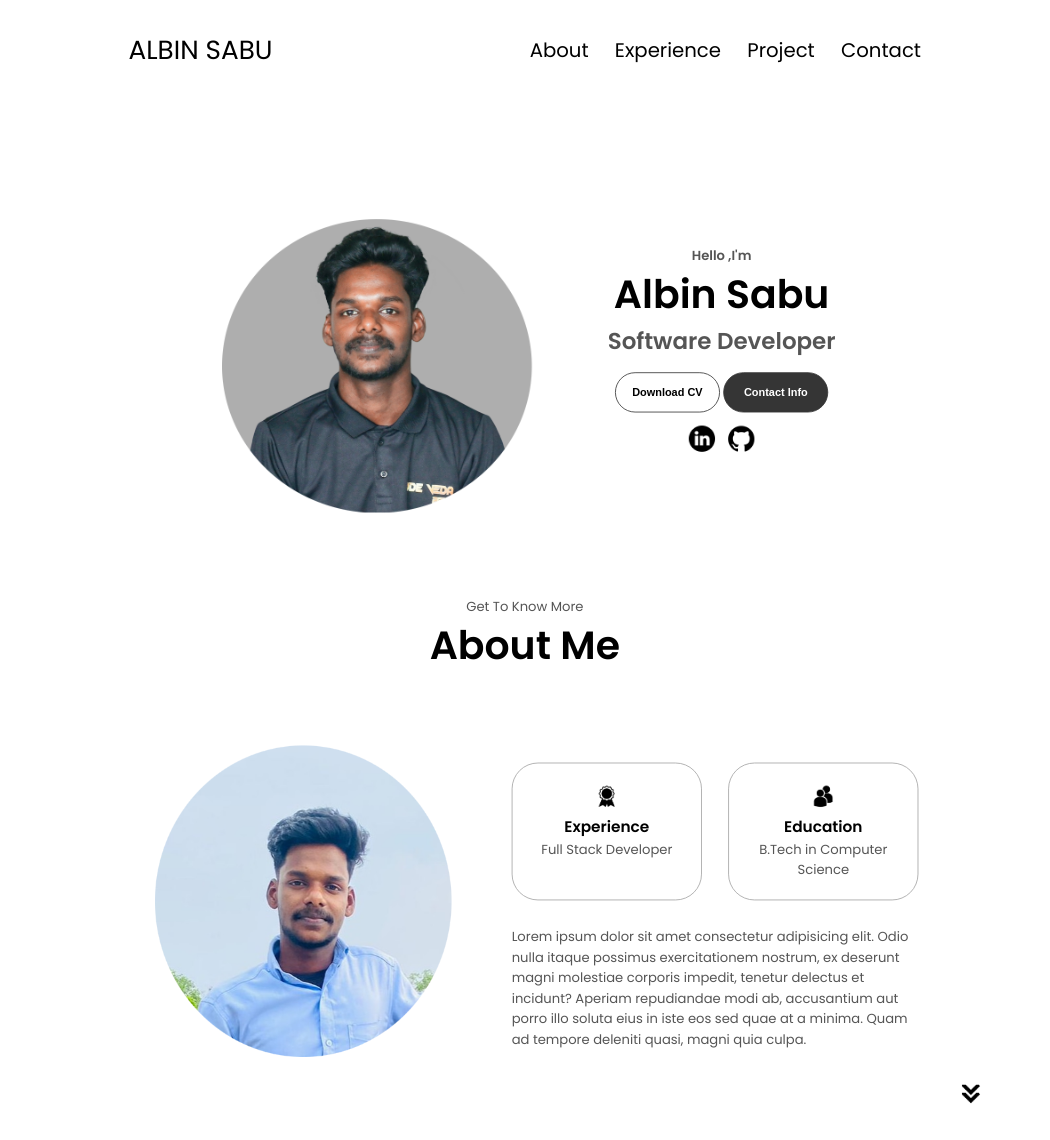
Repository: albinsabu2023/albinsabu
Page: index.html
An editor plug-in stored every save of this project. The page is shown before and after the next save, followed by the edit.
The browser window is 1280 px wide. The pictures show the whole page, at 82% of full size.

Above is the page before, as saved 2023-08-30 12:23:20.

### index.html
<!DOCTYPE html>
<html lang="en">
<link>
    <meta charset="UTF-8">
    <meta name="viewport" content="width=device-width, initial-scale=1.0">
    <title>Albin Sabu</title>
    <link rel="stylesheet" href="style.css"/>
    <link rel="stylesheet" href="mediaqueries.css">
</head>
<body>
    <nav id="desktop-nav">
        <div class="logo">
            ALBIN SABU
        </div>
        <div>
            <ul class="nav-links">
                <li><a href="#about">About</a></li>
                <li><a href="#experience">Experience</a></li>
                <li><a href="#project">Project</a></li>
                <li><a href="#contact">Contact</a></li>
            </ul>
        </div>
    </nav>
    <nav id="hamburger-nav">
        <div clas="logo"> ALBIN SABU</div>
        <div class="hamburger-menu">
            <div class="hamburger-icon" onclick="toggleMenu()">
                <span></span>
                <span></span>
                <span></span>
            </div>
            <div class="menu-links">
                <li><a href="#about" onclick="toggleMenu()">About</a></li>
                <li><a href="#about" onclick="toggleMenu()">Experience</a></li>
                <li><a href="#about" onclick="toggleMenu()">Project</a></li>
                <li><a href="#about" onclick="toggleMenu()">Contact</a></li>
            </div>
        </div>
    </nav>
    <section id="profile">
        <div class="section__pic-container">
            <img src="./assets/Albin Sabu2.png" alt="profile-pic">
        </div>
        <div class="section__text">
            <p class="section__text__p1">Hello ,I'm</p>
            <h1 class="title">Albin Sabu</h1>
            <p class="section__text__p2">Software Developer</p>
            <div class="btn_container">
                <button class="btn btn-color-2" onclick="window.open('./assets/Albin sabu.pdf')">Download CV</button>
                <button class="btn btn-color-1" onclick="location.href='#contact'">Contact Info</button>
            </div>
            <div id="social-container">
                <img src="./assets/linkedin.png" alt="My Linkedin Profile" class="icon" onclick="location.href='https://www.linkedin.com/in/albin-sabu-377798230'">
                <img src="./assets/github.png" alt="My Github Profile" class="icon" onclick="location.href='https://github.com/albinsabu2023'">

            </div>
        </div>
    </section>
    <section id="about">
        <p class="section__text__p1">Get To Know More</p>
        <h1 class="title">About Me</h1>
        <div class="section-container">
            <div class="section__pic-container">
                <img src="./assets//about-pic.png" alt="profilepicture" class="about-pic">
            </div>
            <div class="about-details-container">
                <div class="about-container">
                    <div class="details-container">
                        <img src="./assets/experience.png" alt="experience icon" class="icon">
                        <h3>Experience</h3>
                        <p>Full Stack Developer</p>
                    </div>
                    <div class="details-container">
                        <img src="./assets/education.png" alt="experience icon" class="icon">
                        <h3>Education</h3>
                        <p>B.Tech in Computer Science</p>
                    </div>
                </div>
                <div class="text-container">
                    <p>Lorem ipsum dolor sit amet consectetur adipisicing elit. Odio
                        nulla itaque possimus exercitationem nostrum, ex
                        deserunt magni molestiae corporis impedit, tenetur
                        delectus et incidunt? Aperiam repudiandae modi ab,
                         accusantium aut porro illo soluta eius in iste eos
                          sed quae at a minima. Quam ad tempore deleniti
                          quasi, magni quia culpa.
                    </p>
                </div>
            </div>
        </div>
        <!-- onclick="locaiton.href='./#experience'" -->
       <img src="./assets/arrow.png" alt="arrow" class="icon arrow" >
    </section>
    <script src="script.js"></script>
</body>
</html>

### style.css
@import url('https://fonts.googleapis.com/css2?family=Poppins:ital,wght@0,300;0,400;0,500;0,600;1,200;1,300;1,500;1,600&display=swap');

* {
    margin: 0;
    padding: 0;
}

body {
    font-family: 'Poppins', sans-serif;
}

html {
    scroll-behavior: smooth;
}

p {
    color: rgb(85, 85, 85);
}

a,
.btn {
    transition: all 300ms ease
}

/* Desktop navigation */
nav,
.nav-links {
    display: flex;

}

nav {
    justify-content: space-around;
    align-items: center;
    height: 17vh;

}

.nav-links {
    gap: 2rem;
    list-style: none;
    font-size: 1.5rem;
}
a{
    color:black;
    text-decoration: none;
    text-decoration-color: white;
}

a:hover{
    color:gray;
    text-decoration:underline;
    text-underline-offset:1rem ;
    text-decoration-color:rgb(181,181,181);
}

.logo{
    font-size:2rem;
}

#hamburger-nav{
    display:none;
}
.hamburger-menu{
    position: relative;
    display:inline-block;
}
.hamburger-icon{
    display: flex;
    flex-direction: column;
    justify-content: space-between;
    height: 24px;
    width: 30px;
    cursor: pointer;
}

.hamburger-icon span{
    width:100%;
    height: 2px;
    background-color: black;
    transition: all 0.3 ease-in-out;
}

.menu-links{
    position:absolute;
    top:100%;
    right:0%;

    width: fit-content;
    max-height: 0;
    overflow: hidden;
    transition: all 0.3 ease-in-out;
}

.menu-links{
    display: block;
    padding: 10px;
    text-align: center;
    font-size: 1.5rem;
    color: black;
    text-decoration: none;
    transform: all 0.3 ease-in-out;
}

.menu-links li{
    list-style: none;

}

.menu-links.open{
    max-height: 300px;
}

.hamburger-icon.open span:first-child{
    transform:rotate(45deg) translate(10px,5px);
}
.hamburger-icon.open span:nth-child(2){
   opacity:0;
}
.hamburger-icon.open span:last-child{
    transform:rotate(-45deg) translate(10px,-5px);
}

.hamburger-icon span:first-child{
    transform: none;
}
.hamburger-icon span:first-child{
    opacity:1;
}
.hamburger-icon span:first-child{
    transform: none;
}

section{
    padding-top:4vh ;
    height: 96vh;
    margin: 0 10rem;
    box-sizing: border-box;
    min-height: fit-content;
}

.section-container{
    display: flex;
}

#profile{
    display: flex;
    justify-content: center;
    gap: 5rem;
    height:  80vh;
}

.section__pic-container{
    display: flex;
    height: 400px;
    width: 400px;
    margin: auto 0;
}

.section__text{

    align-self:center;
    text-align: center;
}

.section__text p{
    font-weight: 600;
}
.section__text__p1{
    text-align: center;

}
.section__text__p2 {

    font-size: 1.75rem;
    margin-bottom: 1rem;
}

.title{
    font-size:3rem;
    text-align: center;
}
#social-container{
    display: flex;
    justify-content: center;
    margin-top: 1rem;
    gap: 1rem;
}

/* icon */
.icon{
    cursor: pointer;
    height: 2rem;
}

.btn-container{
    display: flex;
    justify-content:center;
    gap: 1rem;
}
.btn{
    font-weight: 600;
    transition: all 300ms ease;
    padding: 1rem;
    width: 8rem;
    border-radius: 2rem;

}

.btn-color-1,.btn-color-2{
    border:rgb(53,53,53) 0.1rem solid;
}
.btn-color-1:hover,
.btn-color-2:hover {
   cursor:pointer
}
.btn-color-1,
.btn-color-2:hover {
   background: rgb(53,53,53);
   color: white;
}

.btn-color-1:hover{
    background-color: rgb(0,0,0);

}
.btn-color-2{
    background:none
    ;
}
.btn-color-2:hover{
    border:rgb(255,255,255) 0.1rem solid;
}

/* About section */

#about{
    position: relative;
}
.about-container{
    gap:2rem;
    margin-bottom:2rem ;
    margin-top: 2rem;
}
.about-details-container{
    justify-content: center;
    flex-direction: column;
}

.about-container,.about-details-container{
    display: flex;
}

.about-pic{
    border-radius: 2rem;

}
.arrow{
    position:absolute;
    right:-5rem;
    bottom:2.5rem;
}

.details-container{
    padding:1.5rem ;
    flex: 1;
    background: white;
    border-radius: 2rem;
    border: rgb(53,53,53) 0.1rem solid;
    border-color: rgb(163,163,163);
    text-align: center;

}

.section-container{
    gap: 4rem;
    height: 80%;
}

.section_pic-container{
    height: 300px;
    width:300px ;
    margin:auto 0;
}

### mediaqueries.css
@media screen and (max-width:1200px){
    #desktop-nav{
        display: none;
    }
    #hamburger-nav{
        display: flex;
    }
}

Loaded but not shown: script.js (common file)

After the next save:
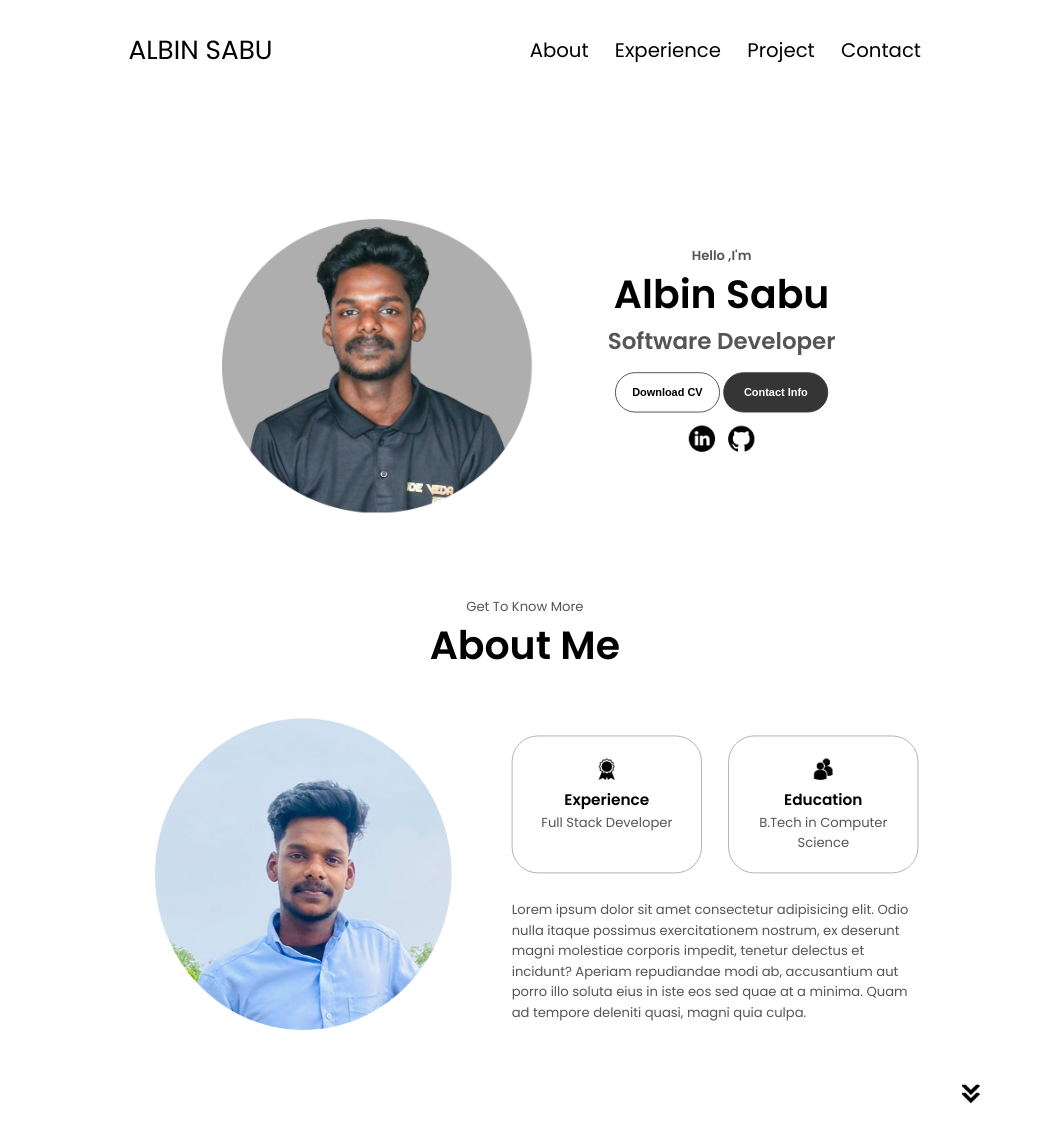
Saved 24 s later.
--- a/style.css
+++ b/style.css
@@ -274,7 +274,7 @@
 
 .section-container{
     gap: 4rem;
-    height: 80%;
+    height: 70%;
 }
 
 .section_pic-container{

After the save that followed:
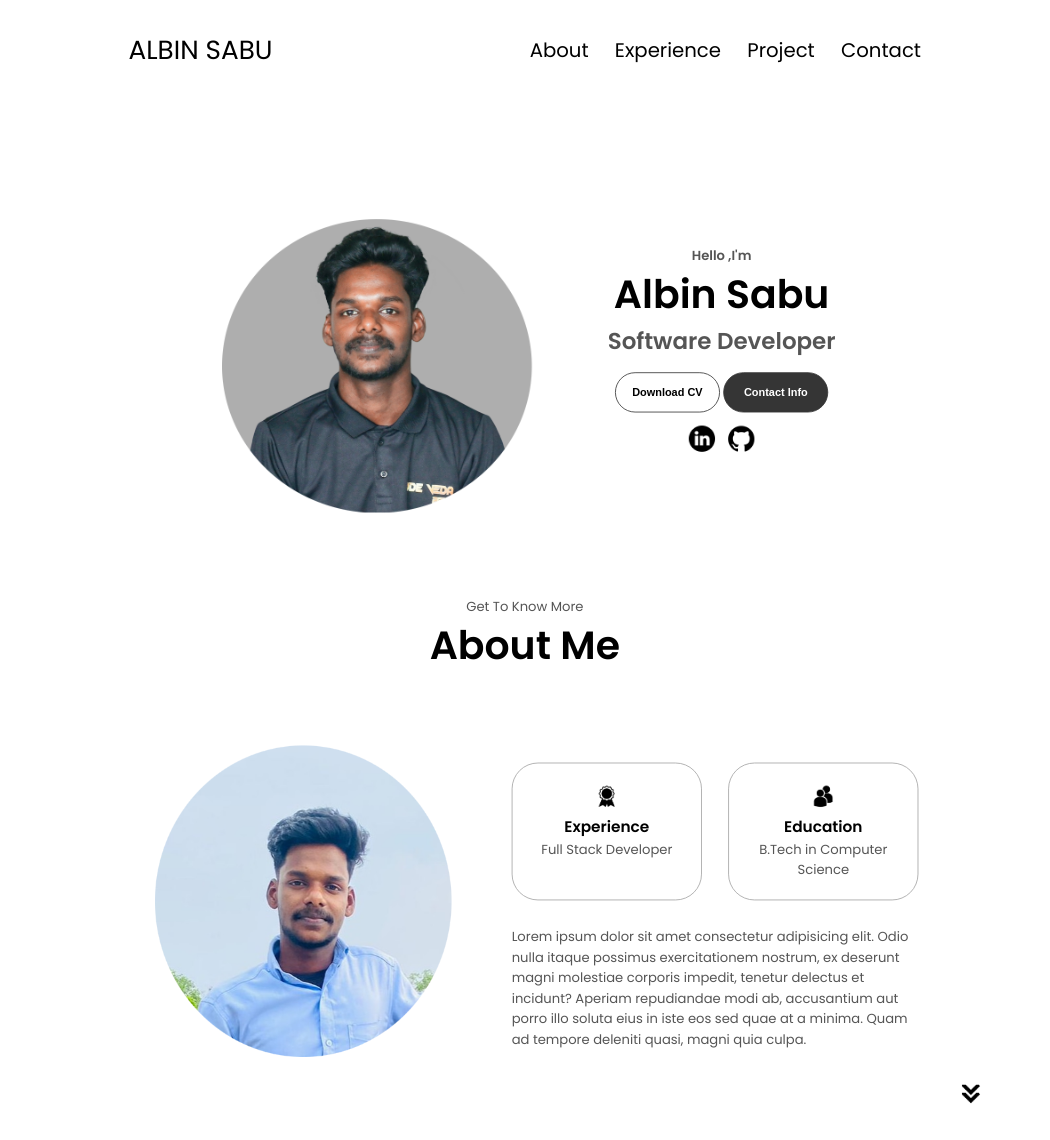
Saved 6 s later.
--- a/style.css
+++ b/style.css
@@ -274,7 +274,7 @@
 
 .section-container{
     gap: 4rem;
-    height: 70%;
+    height: 80%;
 }
 
 .section_pic-container{
